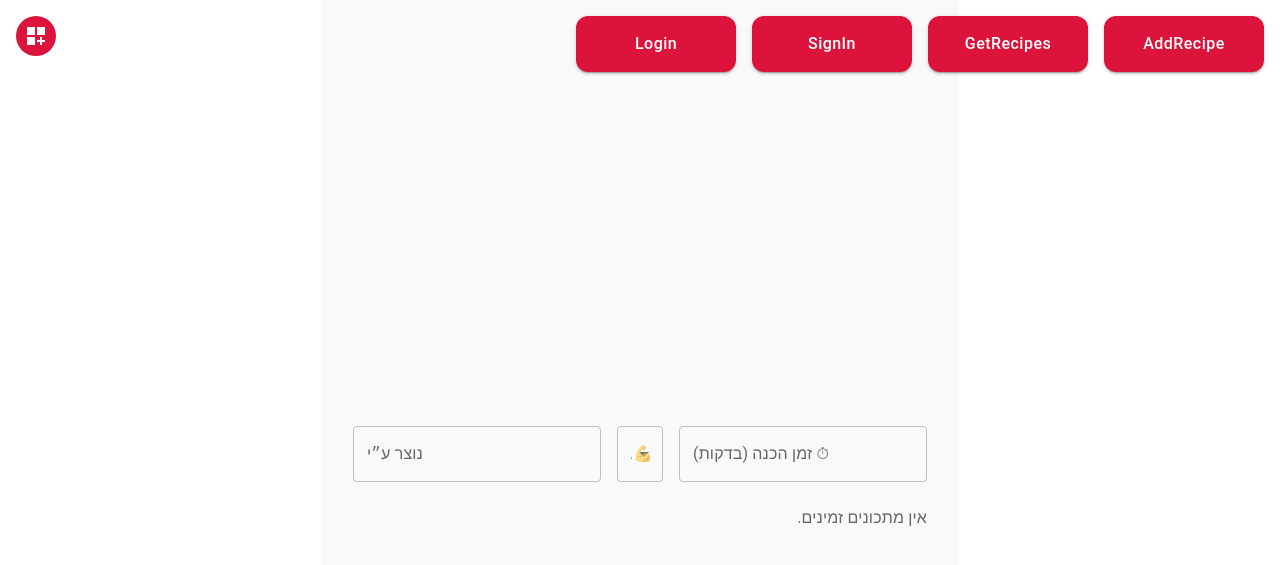
Repository: saraAber/Recipes_ReactProject
Page: /GetRecipes
These files come from the project's save history. The page is drawn as it stood at one moment and after the next save; the edit follows.
The browser window is 1280 px wide. The pictures show the whole page.
The page's requests for data from a server got no answer. The project was rebuilt for these pictures with package versions that can differ from the ones it lists, and the page was loaded fresh each time. No one was signed in, and anything a server would have sent is missing. Also part of the build but not shown: vite.config.ts, src/components/Login.tsx, src/components/SignIn.tsx, src/components/userContext.tsx, src/components/CategoriesContext.tsx, src/components/addRecipe.tsx, src/components/EditRecipe.tsx.

Above is the page before, as saved 2025-05-06 16:50:21.

After the next save:
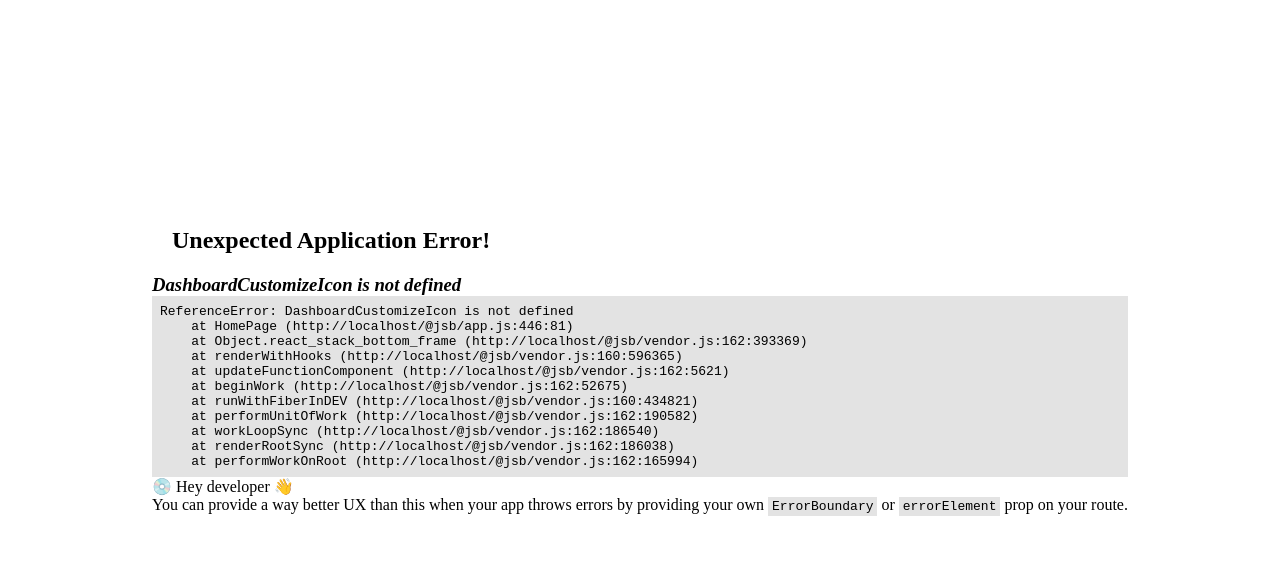
Saved 2 min 57 s later.
--- a/src/components/HomePage.tsx
+++ b/src/components/HomePage.tsx
@@ -5,8 +5,8 @@ import { useState } from "react";
 import { useAuth } from "../contexts/AuthUserContext";
 import LoginModal from "./Login";
 import SignupModal from "./SignIn";
-// שינוי ב-import
-import DashboardCustomizeIcon from '@mui/icons-material/DashboardCustomize';
+import CottageIcon from '@mui/icons-material/Cottage';
+
 
 
 function HomePage() {
